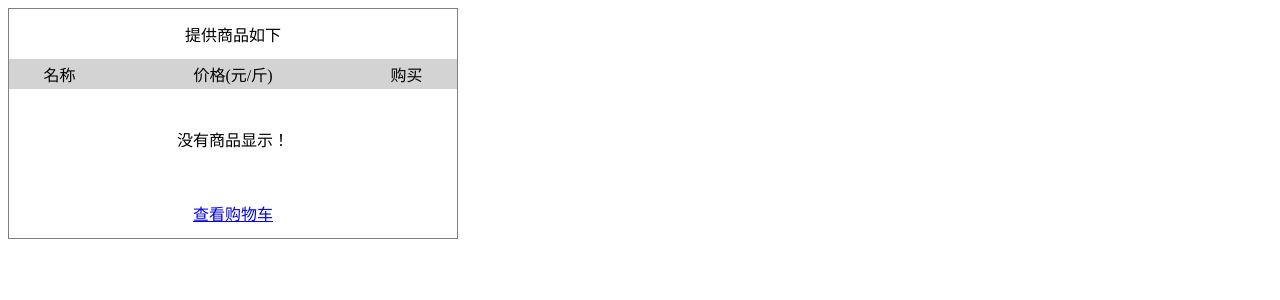
Repository: wikelgc/JSP
Page: http://localhost/GoosSingle/show.jsp
These files come from the project's save history. The page is drawn as it stood at one moment and after the next save; the edit follows.
The browser window is 1280 px wide. The pictures show the whole page.
The page is served by Tomcat 9. Other server files are loaded and not shown.

Above is the page before, as saved 2015-05-29 13:01:42.

### GoosSingle/WebRoot/show.jsp
<%@
	page contentType="text/html; charset=utf-8"
	import = "java.util.ArrayList"
	import = "com.yxq.valuebean.GoodsSingle"
%>
<!--annotations:注释，注解 -->
<% ArrayList goodslist = (ArrayList)session.getAttribute("goodslist"); %>

<html>
	<body>
		<table border = "1" width = "450" rules = "none" cellspacing = "0" cellpadding = "0">
			<tr height = "50" >
				<td colspan = "3" align = "center">提供商品如下</td>
			</tr>

			<tr align = "center" height = "30" bgcolor = "lightgrey">
				<td>名称</td>
				<td>价格(元/斤)</td>
				<td>购买</td>
			</tr>

			<%
				if(goodslist == null || goodslist.size() == 0){
			 %>
			<tr height = "100">
				<td colspan = "3" align = "center">没有商品显示！</td>
			</tr>

			<%
				}
				else{
				for(int i=0;i<goodslist.size();i++){
				GoodsSingle single = (GoodsSingle)goodslist.get(i);
			 %>
		 	<tr height = "50" align = "center">
				<td><%=single.getName()%></td>
				<td><%=single.getPrice() %></td>
				<td><%=single.getNum() %></td>
				<td><a href = "docar.jsp? action = buy&id =<%=i %>">购买</a></td>
			</tr>

			<%
					}
				}
			 %>

			 <tr height = "50">
			 	<td align = "center" colspan="3">
			 		<a href = "shopcar.jsp">查看购物车</a>
			 	</td>
			 </tr>
		</table>
	</body>
</html>

After the next save:
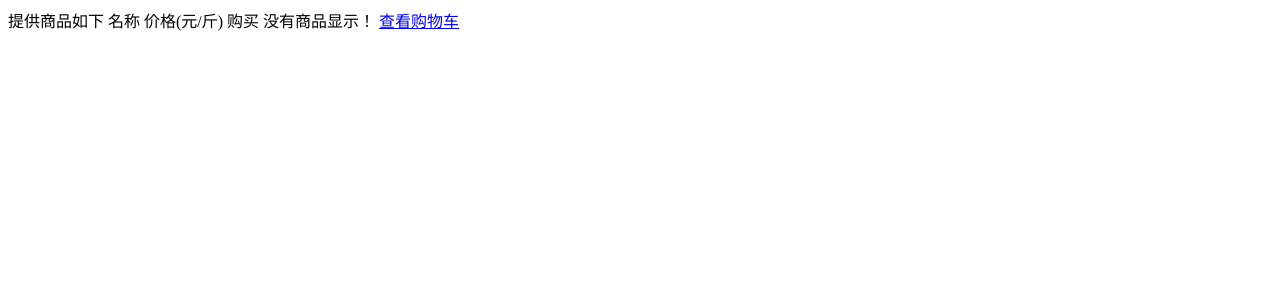
Saved 35 s later.
--- a/GoosSingle/WebRoot/show.jsp
+++ b/GoosSingle/WebRoot/show.jsp
@@ -8,7 +8,7 @@
 
 <html>
 	<body>
-		<table border = "1" width = "450" rules = "none" cellspacing = "0" cellpadding = "0">
+		<div border = "1" width = "450" rules = "none" cellspacing = "0" cellpadding = "0">
 			<tr height = "50" >
 				<td colspan = "3" align = "center">提供商品如下</td>
 			</tr>
@@ -49,6 +49,6 @@
 			 		<a href = "shopcar.jsp">查看购物车</a>
 			 	</td>
 			 </tr>
-		</table>
+		</div>
 	</body>
 </html>
